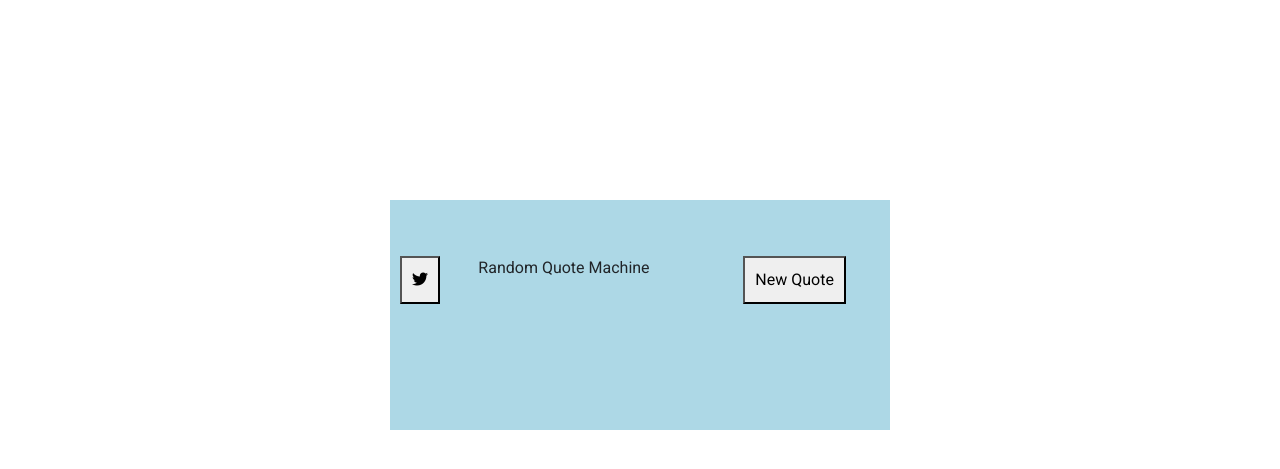
Repository: derektypist/random-quote-machine
Page: index.html
The author's editor kept a record of every edit. The page is drawn from the files as they stood at one moment, then again after the next edit.
The browser window is 1280 px wide. The pictures show the whole page.
Some web libraries are served in a nearby version.

Above is the page before.
Console error: SyntaxError: Unexpected token '<'

### index.html
<!DOCTYPE html>
<html lang="en">

<head>
    <meta charset="UTF-8">
    <meta name="viewport" content="width=device-width, initial-scale=1.0">
    <meta http-equiv="X-UA-Compatible" content="ie=edge">
    <title>Random Quote Machine</title>
    <!-- Load Style Sheets -->
    <link rel="stylesheet" href="https://maxcdn.bootstrapcdn.com/bootstrap/4.4.1/css/bootstrap.min.css" integrity="sha384-Vkoo8x4CGsO3+Hhxv8T/Q5PaXtkKtu6ug5TOeNV6gBiFeWPGFN9MuhOf23Q9Ifjh" crossorigin="anonymous">
    <link rel="stylesheet" href="https://use.fontawesome.com/releases/v5.8.1/css/all.css" integrity="sha384-50oBUHEmvpQ+1lW4y57PTFmhCaXp0ML5d60M1M7uH2+nqUivzIebhndOJK28anvf" crossorigin="anonymous">
    <link href="https://fonts.googleapis.com/css?family=Roboto&display=swap" rel="stylesheet">
    <style>
        /* Quote Box */

        #quote-box {
            font-family: "Roboto", Arial, Verdana, sans-serif;
            background-color: lightblue;
            display: block;
            position: relative;
            top: 200px;
            height: 230px;
            width: 500px;
            margin: auto;

        }

        #text {
            padding: 10px;
        }

        #author {
            text-align: right;
            padding: 10px;
        }


        #tweet-quote {
            padding: 10px;
        }

        #tweet-quote button {
            text-align: center;
            padding: 10px;

        }

        #tweet-quote:hover button {
            background-color: orange;
        }

        #new-quote {
            padding: 10px;
        }
    </style>

    <!-- Load Scripts -->
    <script src="https://ajax.googleapis.com/ajax/libs/jquery/3.4.1/jquery.min.js"></script>
    <script>

        // Define Function for New Quote
        function displayNewQuote() {
            // Set Up Random Index

            let randomIndex = Math.floor(Math.random() * 13);

            // Set Up Constants noting use of Escape Characters

            const possibleText = ["\"Hope smiles from the threshold of the year to come whispering.  It will be happier.\"",
                "\"O wind, if winter comes can spring be far behind?\"",
                "\"Spring is nature's way of saying 'Let's Party'.\"",
                "\"Sweet April showers do spring May Flowers.\"",
                "\"As full of spirit as the month of May, and as gorgeous as the sun in Midsummer.\"",
                "\"There are two seasons in Scotland: June and Winter.\"",
                "\"People don't notice whether it's winter or summer when they're happy.\"",
                "\"Summer Afternoon---summer afternoon; to me those have always been the first two beautiful words in the English Language.\"",
                "\"Autumn is a second spring when every leaf is a flower.\"",
                "\"In seed time learn, in harvest teach, in winter enjoy.\"",
                "\"Winter is the time for comfort, for good food and warmth, for the touch of a friendly hand and a talk beside the fire: it is time for home.\"",
                "\"Thank you for your kind words.\"",
                "\"It looks as though you had a great time Derek.\""
            ];
            const text = possibleText[randomIndex];
            const possibleAuthors = ["Alfred Lord Tennyson",
                "Percy Bysshe Shelley",
                "Robin Williams",
                "Thomas Tusser",
                "William Shakespeare",
                "Billy Connolly",
                "Anton Chekhov",
                "Henry James",
                "Albert Camus",
                "William Blake",
                "Edith Sitwell",
                "Daphne Pink",
                "Andrea Harrison"
            ];
            const author = possibleAuthors[randomIndex];

            // Display Text (Quote) and Authors
            <h4>${text}</h4>;
            <p>${author}</p>;

        }




        $(document).ready(displayNewQuote);
    </script>

</head>

<body>
    <!-- Set Up Quote Box -->
    <article id="quote-box">
        <!-- Set Up Article for Text -->
        <article id="text">
        </article>

        <p id="author"></p>
        <p></p>
        <!-- Set Up Row -->
        <article class="row">
            <!-- Set Up Article for Tweet Quote Button -->
            <article class="col-sm-2">
                <a href="https://twitter.com/intent/tweet/" target="_blank" title="Tweet" id="tweet-quote"><button type="button"><i class="fab fa-twitter"></i></button></a>
            </article>

            <!-- Display Title (Random Quote Machine) -->
            <article class="col-sm-6">
                <p>Random Quote Machine</p>
            </article>

            <!-- Set Up Article for New Quote Button -->
            <article class="col-sm-4">
                <button onclick="displayNewQuote()" title="New Quote" id="new-quote">New Quote</button>
            </article>

        </article>



    </article>



</body>

</html>

After the next edit:
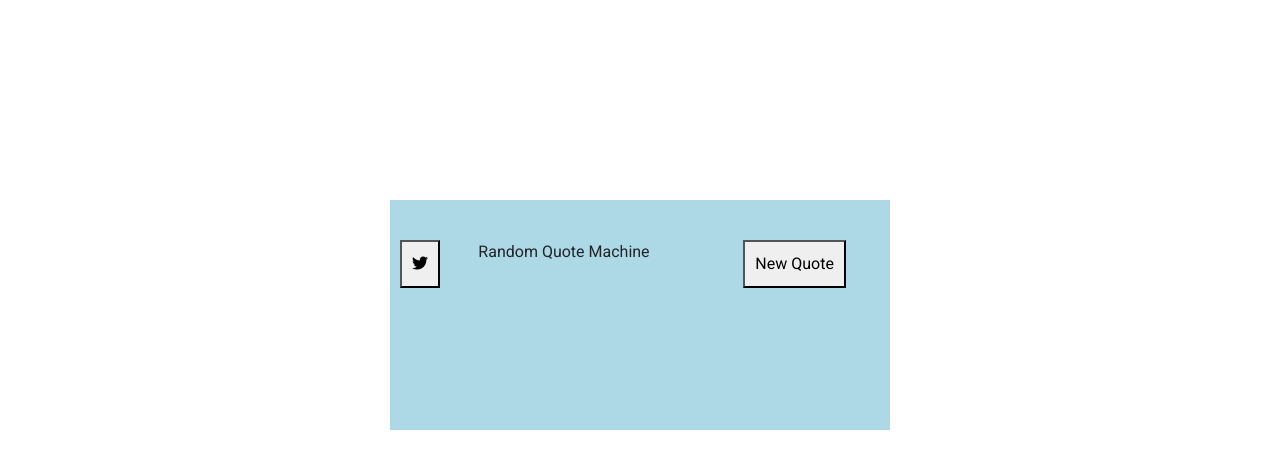
The edit:
--- a/index.html
+++ b/index.html
@@ -117,9 +117,8 @@
         <!-- Set Up Article for Text -->
         <article id="text">
         </article>
-
-        <p id="author"></p>
-        <p></p>
+        <!-- Set Up Article for Author -->
+        <article id="author"></article>
         <!-- Set Up Row -->
         <article class="row">
             <!-- Set Up Article for Tweet Quote Button -->
